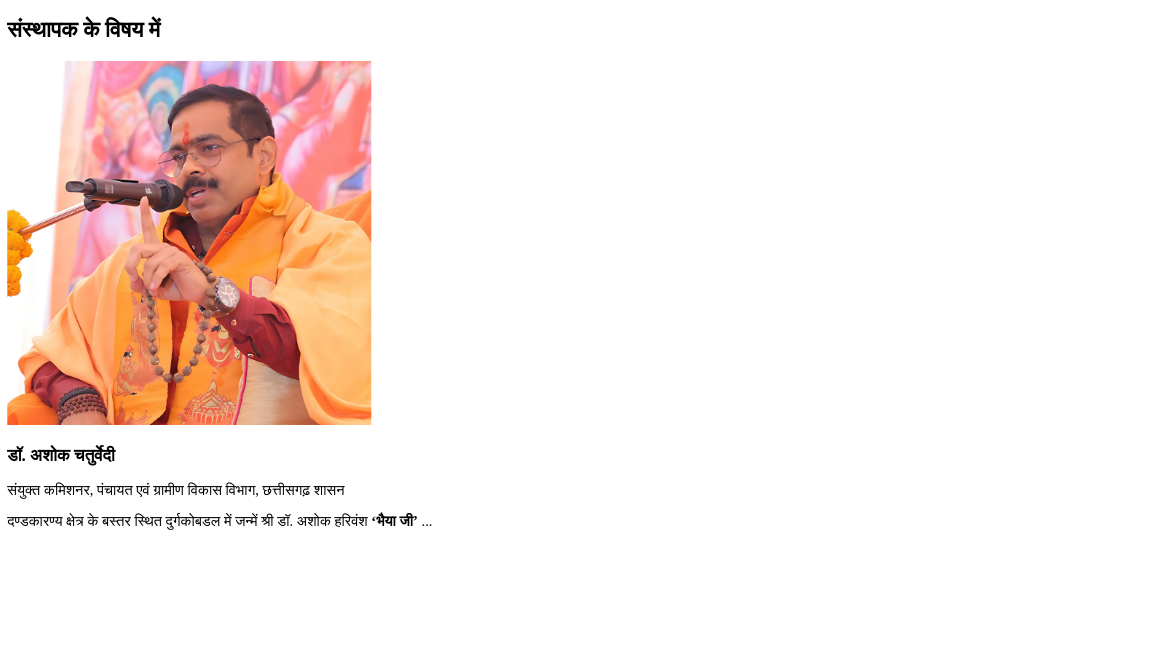
Repository: as-avni/lokmeeram
Page: /founder
The author's editor kept a copy of each file at every save. The page is drawn from the files as they stood at one save, then again after the next save.
The browser window is 1280 px wide. The pictures show the whole page, at 91% of full size.
The project was rebuilt for these pictures with package versions that can differ from the ones it lists, and the page was loaded fresh each time. The framework's server and built-in components were replaced by stand-ins that run in the browser. Also part of the build but not shown: next.config.ts.

Above is the page before, as saved 2025-06-27 05:54:34.

### src/app/founder/page.tsx
// import Image from "next/image"
// import { Card, CardContent } from "@/components/ui/card"

// export default function Founders() {
//     return (
//         <section id="team" className="px-4 py-12 md:py-16 bg-[url('/images/background/team-bg.png')] bg-blend-color-burn bg-cover bg-center bg-no-repeat">
//         <div className="max-w-6xl mx-auto">
//             <h1 className="text-3xl text-black text-center md:text-5xl px-20 font-bold mb-2 md:mb-4 mt-20">
//                 <span className="text-orange-600">
//                 संस्थापक </span> के
//                 विषय में
//             </h1>

//         <div className="max-w-lg mx-auto mt-5 md:mt-10">
//         <Card className="bg-transparent">
//             <CardContent className="p-6">
//             <div className="aspect-square relative mb-4 rounded-lg overflow-hidden">
//                 <Image
//                 src="/images/about-team/2.png"
//                 alt="Team member"
//                 width={400}
//                 height={400}
//                 className="object-cover rounded-full"
//                 />
//             </div>
//             <h3 className="text-2xl font-bold mb-1 text-center font-[Poppins]">डॉ. अशोक चतुर्वेदी</h3>
//             <p className="text-lg font-semibold text-gray-800 mb-2">संयुक्त
//             कमिशनर, पंचायत एवं ग्रामीण विकास विभाग, छत्तीसगढ़ शासन</p>
//             <p className="text-xl w-full text-gray-500">दण्डकारण्य क्षेत्र के बस्तर स्थित दुर्गकोबडल में जन्में श्री डॉ. अशोक हरिवंश <strong> ‘भैया जी’</strong> राजनीति शास्त्र, मानव संसाधन प्रबंधन एवं मानवाधिकार विषयों में उच्च शिक्षा प्राप्त भैया जी प्रशासन में एक उत्कृष्ट अधिकारी के रूप में विद्यमान हैं।

// जगद्गुरु श्रीरामानुजाचार्य की कृपा एवं माता-पिता के निर्देश में बचपन से ही धर्म के क्षेत्र में “राम और राष्ट्र एक” मंत्र को जीवन का ध्येय मानुषि, धर्म एवं राष्ट्र की सेवा में समर्पित होकर श्री रामकथा वाचक के रूप में प्रचार-प्रसार कर रहे हैं।

// भारतीय संस्कृति एवं विरासत की पुनर्स्थापना हेतु प्रयास करना, धर्मांतरण के विकराल तथा नशामुक्ति हेतु अभियान का संचालन, देश के हर घर में श्रीरामचरितमानस एवं श्रीमद्भागवद्गीता का होना सुनिश्चित करने हेतु, हिंदू धार्मिक बंधनों के यह शांत वातावरण में भारतीय आश्रम के अनुभव भी प्रदान करता है।</p>
//             </CardContent>
//         </Card>
// {/*
//         <Card className="bg-orange-200 shadow-lg shadow-black">
//             <CardContent className="p-6">
//             <div className="aspect-square relative mb-4 rounded-lg overflow-hidden">
//                 <Image
//                 src="/images/about-team/3.png"
//                 alt="Team member"
//                 width={400}
//                 height={400}
//                 className="object-cover rounded-full"
//                 />
//             </div>
//             <h3 className="text-2xl font-bold mb-1 text-center font-[Poppins]">नागेन्द्र दुबे </h3>
//             <p className="text-lg font-semibold text-gray-800 mb-2 prose text-center">संस्थापक, लोक में राम शोध संस्थान</p>
//             <p className="text-lg text-gray-500 prose text-justify">एक प्रतिष्ठित <strong>शिक्षाविद्, मोटिवेशनल स्पीकर और काउंसलर</strong>, जिन्हें शिक्षा, पारिवारिक और व्यक्तिगत मार्गदर्शन में व्यापक अनुभव है। उन्होंने <strong>300 से अधिक स्कूलों का दौरा</strong> किया और <strong>4,000+ छात्रों</strong> को प्रेरित किया है। वे <strong>टॉपर्स एजुकेशनल सोसायटी</strong> के सचिव, <strong>विजडम वे हायर सेकेंडरी स्कूल</strong> के निदेशक और <strong>&quot;सतत् छत्तीसगढ़&quot;</strong> पत्रिका के संपादक हैं। <strong>राष्ट्रीय पुस्तक मेला, साहित्य महोत्सव और शिक्षा मेले</strong> के आयोजक होने के नाते, वे शिक्षा और युवा सशक्तिकरण के लिए प्रतिबद्ध हैं। उनके प्रेरणादायक संवाद कौशल, व्यवहारगत समझ और आध्यात्मिक दृष्टिकोण ने उन्हें एक प्रभावशाली व्यक्तित्व बनाया है।
//             </p>
//             </CardContent>
//         </Card> */}
//         </div>
//     </div>
//     </section>
//     )
// }






import Image from "next/image"

export default function Founders() {
    return (
        <section
            id="team"
            className="px-4 py-12 md:py-16 bg-[url('/images/background/team-bg.png')] bg-blend-color-burn bg-cover bg-center bg-no-repeat"
        >
            <div className="max-w-6xl mx-auto">
                <h1 className="text-3xl text-black text-center md:text-5xl px-20 font-bold mb-2 md:mb-4 mt-20">
                    <span className="text-orange-600">संस्थापक </span> के विषय में
                </h1>
{/* Dr. Ashok Chaturvedi */}
<div className="max-w-5xl mx-auto items-center">
    <div className="relative rounded-lg overflow-hidden flex justify-center mb-4">
        <Image
            src="/images/about-team/2.png"
            alt="Team member"
            width={400}
            height={400}
            className="object-cover rounded-full"
        />
    </div>
    <h3 className="text-2xl font-bold mb-1 text-center font-[Poppins] text-orange-500">
        डॉ. अशोक चतुर्वेदी
    </h3>
    <p className="text-lg font-semibold text-gray-800 mb-2 text-center">
        संयुक्त कमिशनर, पंचायत एवं ग्रामीण विकास विभाग, छत्तीसगढ़ शासन
    </p>
    <p className="text-xl text-black w-full">
        दण्डकारण्य क्षेत्र के बस्तर स्थित दुर्गकोबडल में जन्में श्री डॉ. अशोक हरिवंश <strong>‘भैया जी’</strong> ...
        {/* remaining paragraph unchanged */}
    </p>
</div>
            </div>
        </section>
    )
}

After the next save:
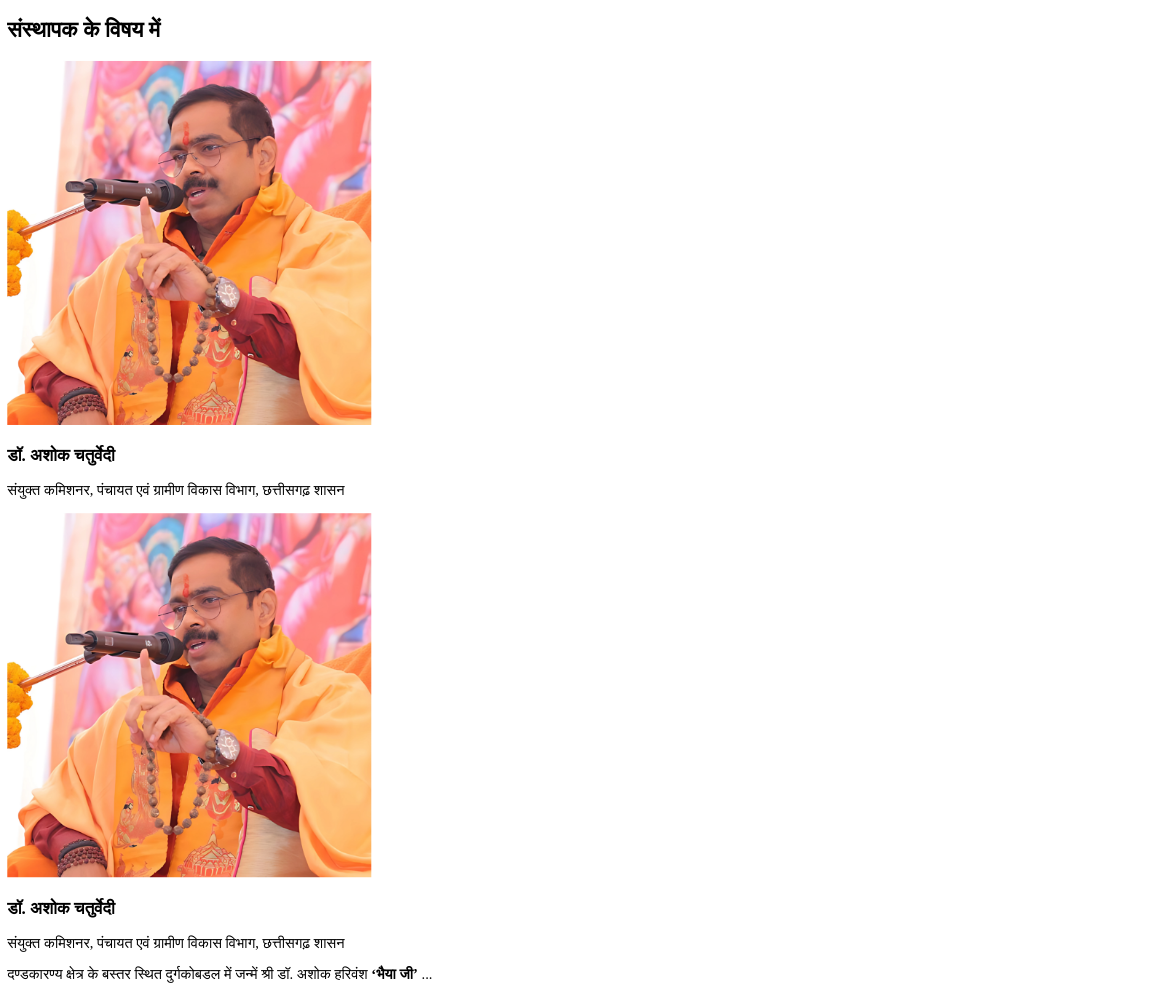
Saved 17 s later.
--- a/src/app/founder/page.tsx
+++ b/src/app/founder/page.tsx
@@ -91,11 +91,28 @@ export default function Founders() {
     <p className="text-lg font-semibold text-gray-800 mb-2 text-center">
         संयुक्त कमिशनर, पंचायत एवं ग्रामीण विकास विभाग, छत्तीसगढ़ शासन
     </p>
+{/* Dr. Ashok Chaturvedi */}
+<div className="max-w-5xl mx-auto items-center">
+    <div className="relative rounded-lg overflow-hidden flex justify-center mb-4">
+        <Image
+            src="/images/about-team/2.png"
+            alt="Team member"
+            width={400}
+            height={400}
+            className="object-cover rounded-full"
+        />
+    </div>
+    <h3 className="text-2xl font-bold mb-1 text-center font-[Poppins] text-orange-500">
+        डॉ. अशोक चतुर्वेदी
+    </h3>
+    <p className="text-lg font-semibold text-gray-800 mb-2 text-center">
+        संयुक्त कमिशनर, पंचायत एवं ग्रामीण विकास विभाग, छत्तीसगढ़ शासन
+    </p>
     <p className="text-xl text-black w-full">
         दण्डकारण्य क्षेत्र के बस्तर स्थित दुर्गकोबडल में जन्में श्री डॉ. अशोक हरिवंश <strong>‘भैया जी’</strong> ...
         {/* remaining paragraph unchanged */}
     </p>
-</div>
+</div></div>
             </div>
         </section>
     )
